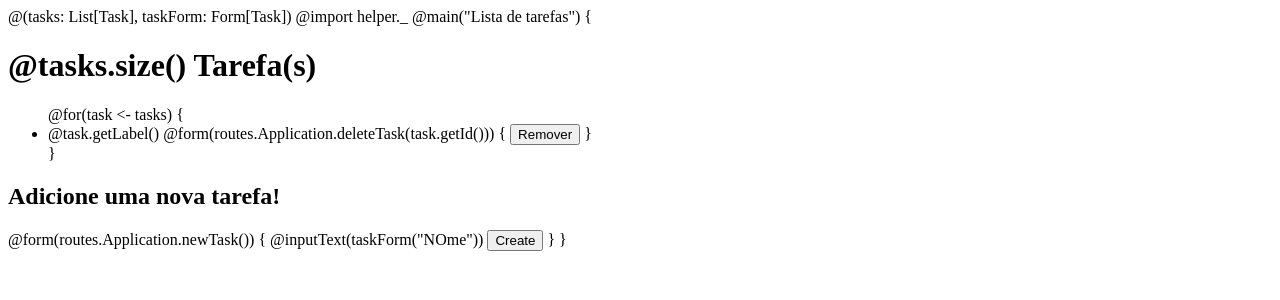
Repository: lcavalcante/si1
Page: lab2/.target/views/index.scala.html
An editor plug-in stored every save of this project. The page is shown before and after the next save, followed by the edit.
The browser window is 1280 px wide. The pictures show the whole page.

Above is the page before, as saved 2013-11-26 23:47:01.

### lab2/.target/views/index.scala.html
@(tasks: List[Task], taskForm: Form[Task])

@import helper._

@main("Lista de tarefas") {

    <h1>@tasks.size() Tarefa(s)</h1>

    <ul>
        @for(task <- tasks) {
            <li>
                @task.getLabel()

                @form(routes.Application.deleteTask(task.getId())) {
                    <input type="submit" value="Remover">
                }
            </li>
        }
    </ul>

    <h2>Adicione uma nova tarefa!</h2>

    @form(routes.Application.newTask()) {

        @inputText(taskForm("NOme"))

        <input type="submit" value="Create">

    }

}

After the next save:
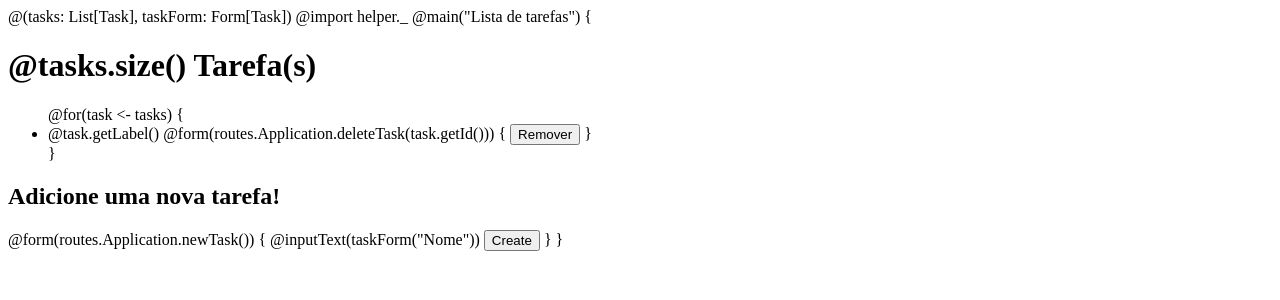
Saved 3 s later.
--- a/lab2/.target/views/index.scala.html
+++ b/lab2/.target/views/index.scala.html
@@ -22,7 +22,7 @@
 
     @form(routes.Application.newTask()) {
 
-        @inputText(taskForm("NOme"))
+        @inputText(taskForm("Nome"))
 
         <input type="submit" value="Create">
 
